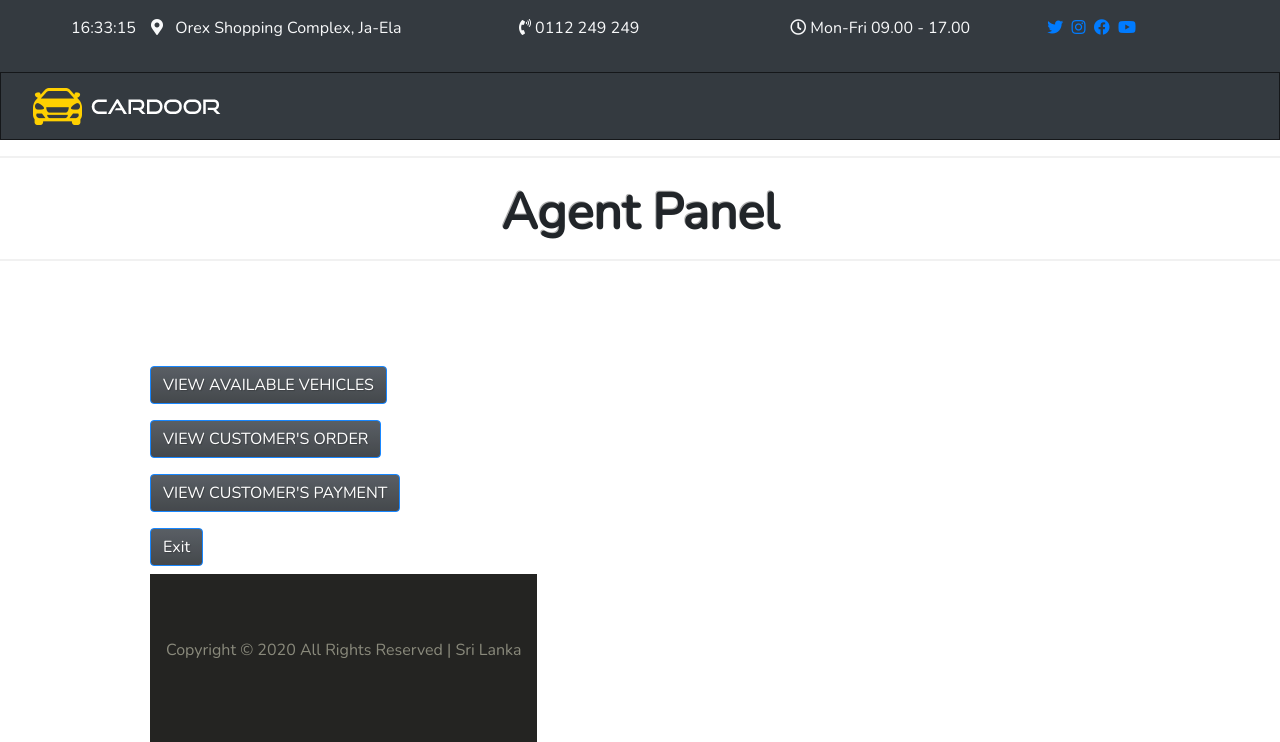
Repository: NipunLakshan99/Cardoor
Page: http://localhost/RentCar/agentHome.jsp
The author's editor kept a copy of each file at every save. The page is drawn from the files as they stood at one save, then again after the next save.
The browser window is 1280 px wide. The pictures show the whole page.
Some web libraries are served in a nearby version. The page is served by Tomcat 9.

Above is the page before, as saved 2020-05-15 09:32:54.

After the next save:
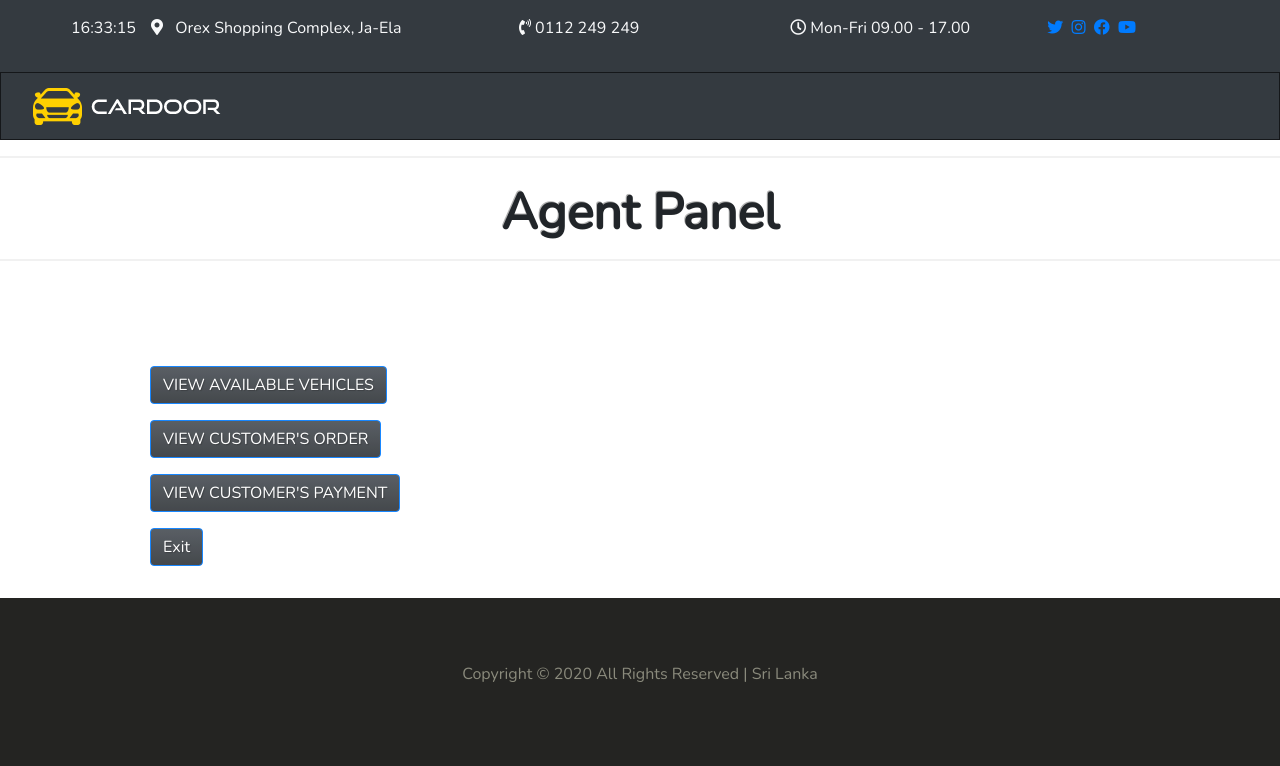
Saved 14 s later.
--- a/RentCar/WebContent/agentHome.jsp
+++ b/RentCar/WebContent/agentHome.jsp
@@ -112,7 +112,10 @@
   		 <a href="payment-list.jsp"><button type="button" class="btn btn-primary">VIEW CUSTOMER'S PAYMENT</button></a>
  		 <a href="Home.jsp"><button type="button" class="btn btn-primary">Exit</button></a>
 
+	 </div>
 
+	 <br/>
+	 <br/>
 
  	<section id="adddriver" class="py-5" style=" background-color: #242422;">
 		<div class="footer-bottom-area">
